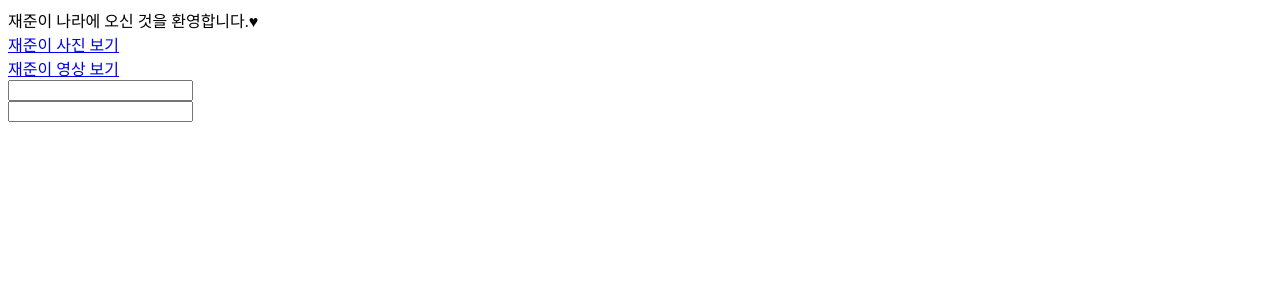
Repository: Chojaejun/javastudy
Page: HelloWorld/WebContent/test.html
The author's editor kept a copy of each file at every save. The page is drawn from the files as they stood at one save, then again after the next save.
The browser window is 1280 px wide. The pictures show the whole page.

Above is the page before, as saved 2020-12-04 06:38:18.

After the next save:
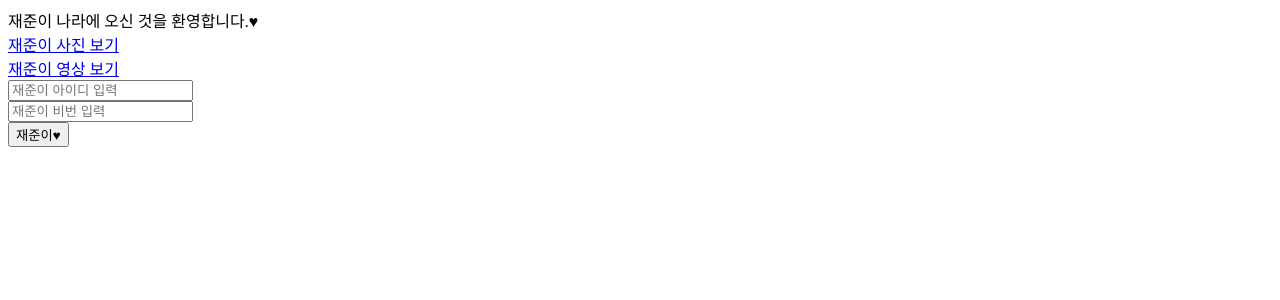
Saved 83 s later.
--- a/HelloWorld/WebContent/test.html
+++ b/HelloWorld/WebContent/test.html
@@ -14,9 +14,11 @@
 <br>
 
 <form action="">
-	<input name="id">
+	<input name="id" placeholder="재준이 아이디 입력">
 	<br>
-	<input name="pw">
+	<input type="password" name="pw" placeholder="재준이 비번 입력">
+	<br>
+	<input type="submit" value="재준이♥">
 
 
 </form>
